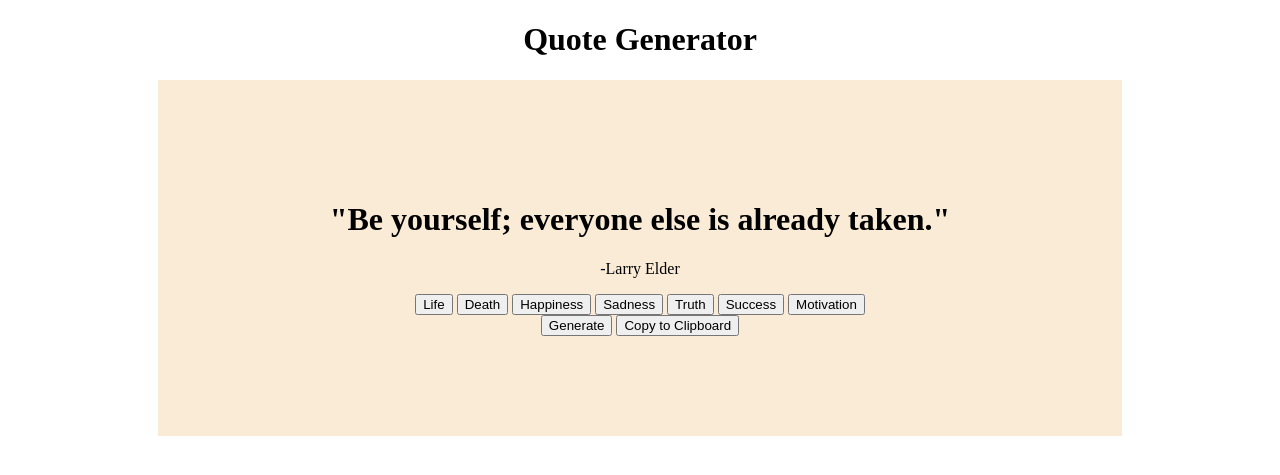
Repository: moehaymanmyint/Random-Quote-Generator
Page: index.html
These files come from the project's save history. The page is drawn as it stood at one moment and after the next save; the edit follows.
The browser window is 1280 px wide. The pictures show the whole page.

Above is the page before, as saved 2024-11-05 22:13:45.

### index.html
<!DOCTYPE html>
<html lang="en">
<head>
    <meta charset="UTF-8">
    <meta name="viewport" content="width=device-width, initial-scale=1.0">
    <title>Quote Generator</title>
    <link rel="stylesheet" href="style.css">
</head>
<body>
    <div class="container">
        <h1>Quote Generator</h1>
        <div class="quote-box">
            <div class="quote">
                <h1>"Be yourself; everyone else is already taken."</h1>
                <p>-Larry Elder</p>
            </div>
            <div class="category">
                <input type="button" value="Life">
                <input type="button" value="Death">
                <input type="button" value="Happiness">
                <input type="button" value="Sadness">
                <input type="button" value="Truth">
                <input type="button" value="Success">
                <input type="button" value="Motivation">
            </div>
            <div class="btn">
                <button>Generate</button>
                <button>Copy to Clipboard</button>
            </div>
        </div>
    </div>
</body>
</html>

### style.css
.container{
    width: 100%;
    text-align: center;
}

.quote-box{
    background-color: antiquewhite;
    margin: 20px 150px;
    padding: 100px;
}

After the next save:
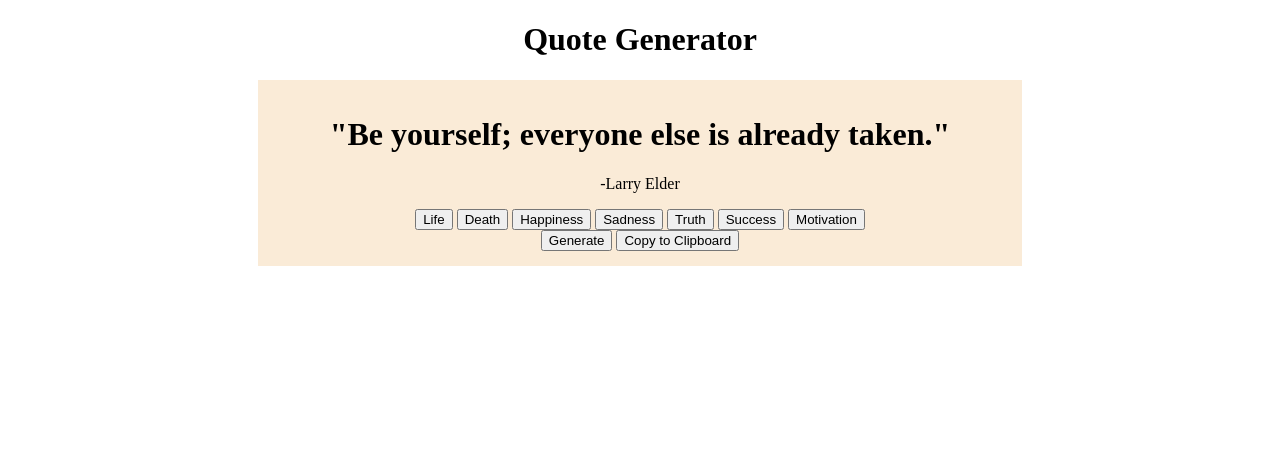
Saved 18 s later.
--- a/style.css
+++ b/style.css
@@ -5,6 +5,6 @@
 
 .quote-box{
     background-color: antiquewhite;
-    margin: 20px 150px;
-    padding: 100px;
+    margin: 20px 250px;
+    padding: 15px;
 }
